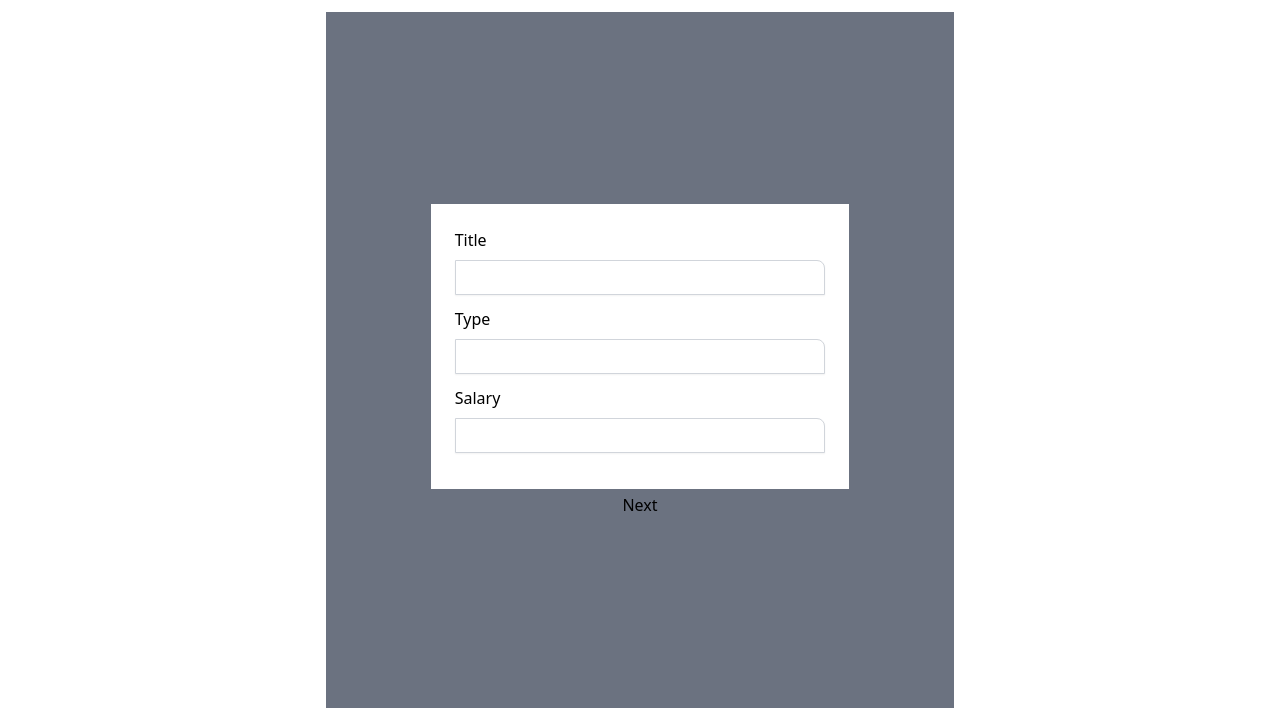
Repository: Abdibaye/Job-Sphere
Page: /form
These files come from the project's save history. The page is drawn as it stood at one moment and after the next save; the edit follows.
The browser window is 1280 px wide. The pictures show the whole page.
The project was rebuilt for these pictures with package versions that can differ from the ones it lists, and the page was loaded fresh each time. Also part of the build but not shown: vite.config.js, src/components/search.jsx, src/components/navbar.jsx, src/pages/descriptionpage.jsx, src/components/job.jsx, src/components/feed.jsx, src/components/saved.jsx, src/components/filter.jsx and 4 more.

Above is the page before, as saved 2025-02-22 23:01:15.

### index.html
<!doctype html>
<html lang="en">
  <head>
    <meta charset="UTF-8" />
    <link rel="icon" type="image/svg+xml" href="/vite.svg" />

    <link rel="preconnect" href="https://fonts.googleapis.com">
    <link rel="preconnect" href="https://fonts.gstatic.com" crossorigin>
    <link href="https://fonts.googleapis.com/css2?family=Inter:ital,opsz,wght@0,14..32,100..900;1,14..32,100..900&family=Open+Sans:ital,wght@0,300..800;1,300..800&family=Poppins:wght@100;200;300;400;600;700&display=swap" rel="stylesheet">

    <meta name="viewport" content="width=device-width, initial-scale=1.0" />
    <title>Vite + React</title>
  </head>
  <body>
    <div id="root"></div>
    <script type="module" src="/src/main.jsx"></script>
  </body>
</html>

### src/main.jsx
import { StrictMode } from 'react'
import { createRoot } from 'react-dom/client'
import './index.css'
import App from './App.jsx'
import Description from './pages/descriptionpage.jsx'
import HomePage from './pages/homepage.jsx'

createRoot(document.getElementById('root')).render(
  <StrictMode>
    <App />
  </StrictMode>,
)

### src/App.jsx
import Navbar from "./components/navbar";
import Description from "./pages/descriptionpage";
import HomePage from "./pages/homepage";
import LoginPage from "./pages/loginpage";
import SignUp from "./pages/Signup";
import { BrowserRouter, Routes, Route, Outlet } from "react-router-dom";
import Feed from "./components/feed";
import Forms from "./pages/formpage";

function App() {
  return (
    <BrowserRouter>
      <Routes>
        {/* Default route for login */}
        <Route path="/" element={<LoginPage />} />

        {/* Nested routes under Navbar */}
        <Route path="/navbar" element={<Navbar />}>
          <Route index element={<HomePage    />} /> {/* Default child route */}
          <Route path="description" element={<Description />} /> {/* Relative path */}
        </Route>

        {/* Signup route */}
        <Route path="/signup" element={<SignUp />} />


        <Route path='/form' element = {<Forms />} />
      </Routes>
    </BrowserRouter>
  );
}

export default App;

### src/pages/formpage.jsx
import { BrowserRouter, Routes, Route, Link, Outlet } from "react-router-dom";
import Form from "../components/form";



function Forms(){
    return(
        <>
        <div>
        <Form />
        <Outlet />
        </div>
        </>
    )


}



export default Forms;

### src/components/form.jsx


function Form(){
    return(
        <div className=" h-screen  flex justify-center p-3 ">
            <div className="bg-gray-500 w-1/2 flex flex-col justify-center items-center">
              <div className="bg-[#fff] w-2/3 h-fit flex flex-col justify-center p-6 ">
                <p className="mb-2">Title</p>
                <input className="mb-3 h-[35px] border border-gray-300 rounded-tr-lg shadow-sm focus:outline-none" type="text" />
                <p className="mb-2">Type</p>
                <input className="mb-3 mb-3 h-[35px] border border-gray-300 rounded-tr-lg shadow-sm focus:outline-none" type="text" />
                <p className="mb-2 ">Salary</p>
                <input className="mb-3 mb-3 h-[35px] border border-gray-300 rounded-tr-lg shadow-sm focus:outline-none" type="text" />
              </div>
              <button className="mt-1">Next</button>
            </div>
        </div>
    );
}


export default Form

### tailwind.config.js
/** @type {import('tailwindcss').Config} */
export default {
  content: [
    "./index.html",
    "./src/**/*.{js,ts,jsx,tsx}",
  ],
  theme: {
    extend: {
      fontFamily: {
        'inter': ['Inter', 'sans-serif'],
      },
    },
  },
  plugins: [],
}

Loaded but not shown: src/index.css (common file)

After the next save:
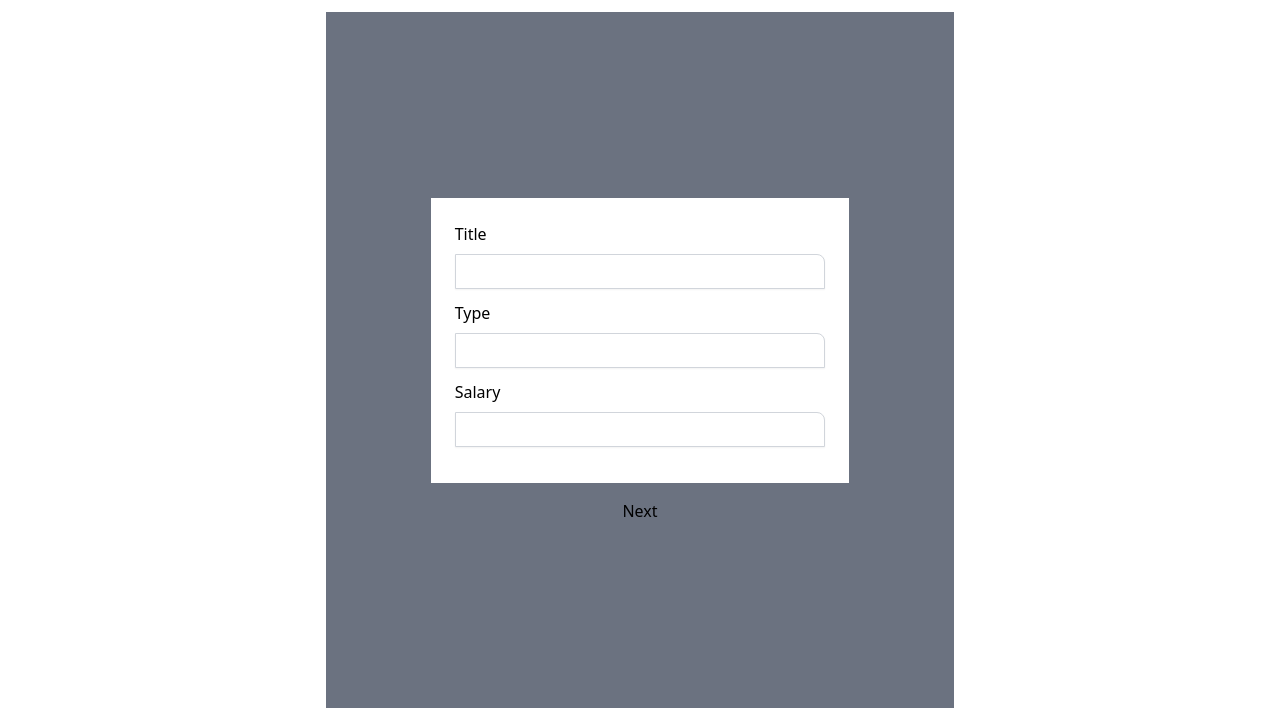
Saved 36 s later.
--- a/src/components/form.jsx
+++ b/src/components/form.jsx
@@ -12,7 +12,7 @@ function Form(){
                 <p className="mb-2 ">Salary</p>
                 <input className="mb-3 mb-3 h-[35px] border border-gray-300 rounded-tr-lg shadow-sm focus:outline-none" type="text" />
               </div>
-              <button className="mt-1">Next</button>
+              <button className="mt-4">Next</button>
             </div>
         </div>
     );
